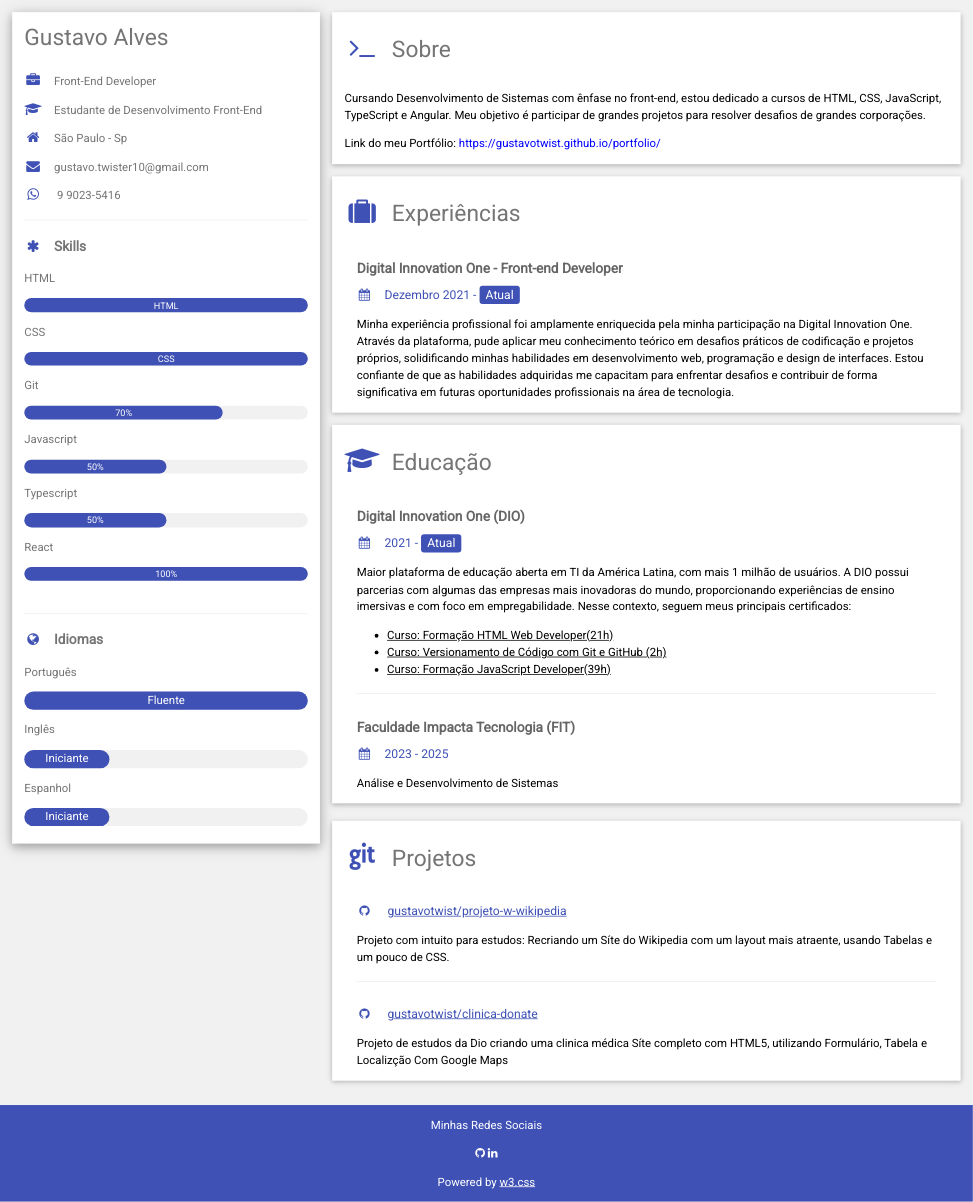
Repository: gustavotwist/cv
Page: index.html
An editor plug-in stored every save of this project. The page is shown before and after a run of saves, followed by the edit.
The browser window is 1280 px wide. The pictures show the whole page, at 76% of full size.

Above is the page before, as saved 2025-03-09 11:09:21.

After the next 2 saves:
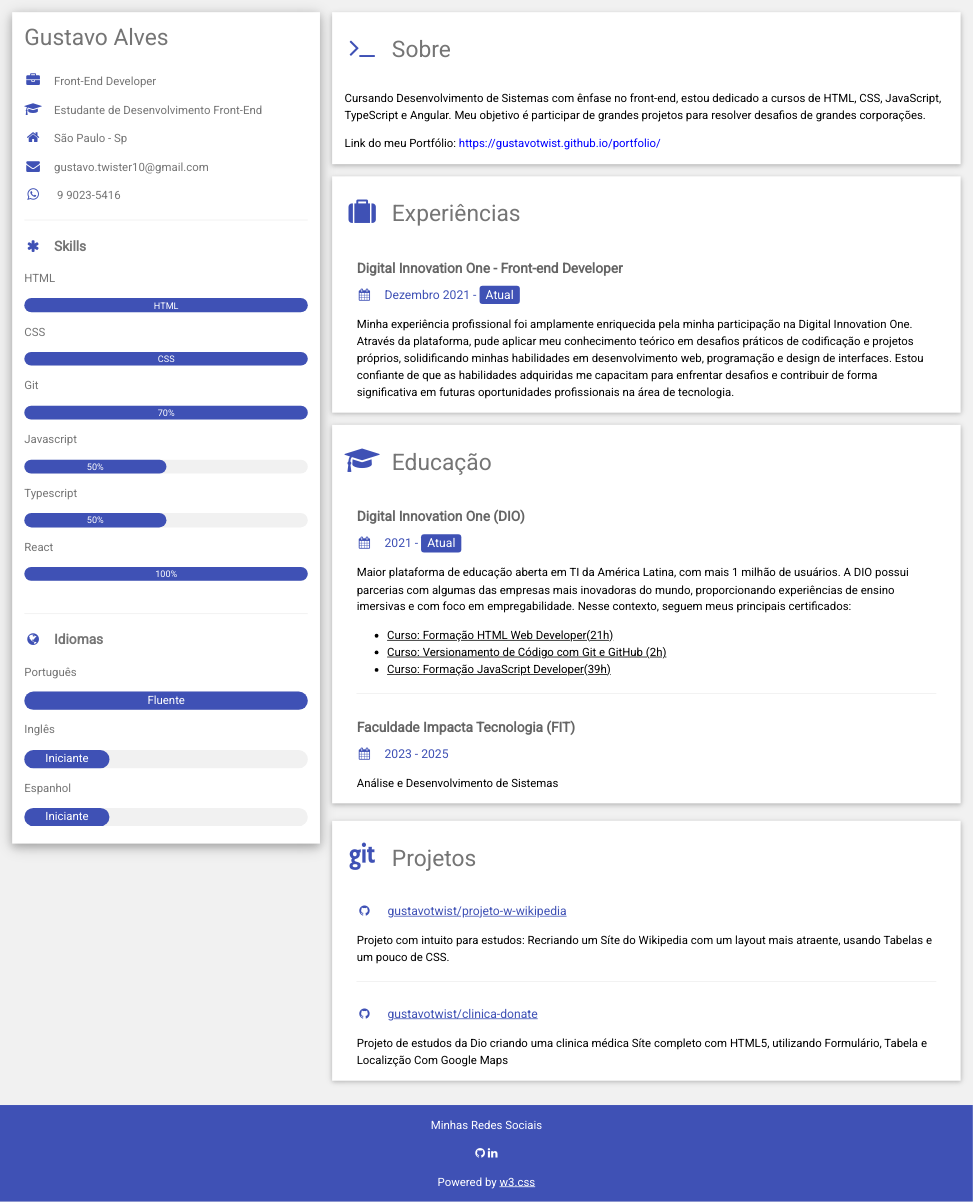
The 2 saves are shown as one change because they came seconds apart.
The last was saved 11 s later.
--- a/index.html
+++ b/index.html
@@ -56,7 +56,7 @@
               </div>
               <p>Git</p>
               <div class="w3-light-grey w3-round-xlarge w3-small">
-                <div class="w3-container w3-center w3-round-xlarge w3-indigo" style="width:70%">70%</div>
+                <div class="w3-container w3-center w3-round-xlarge w3-indigo" style="width:100">70%</div>
               </div>
               <p>Javascript</p>
               <div class="w3-light-grey w3-round-xlarge w3-small">
